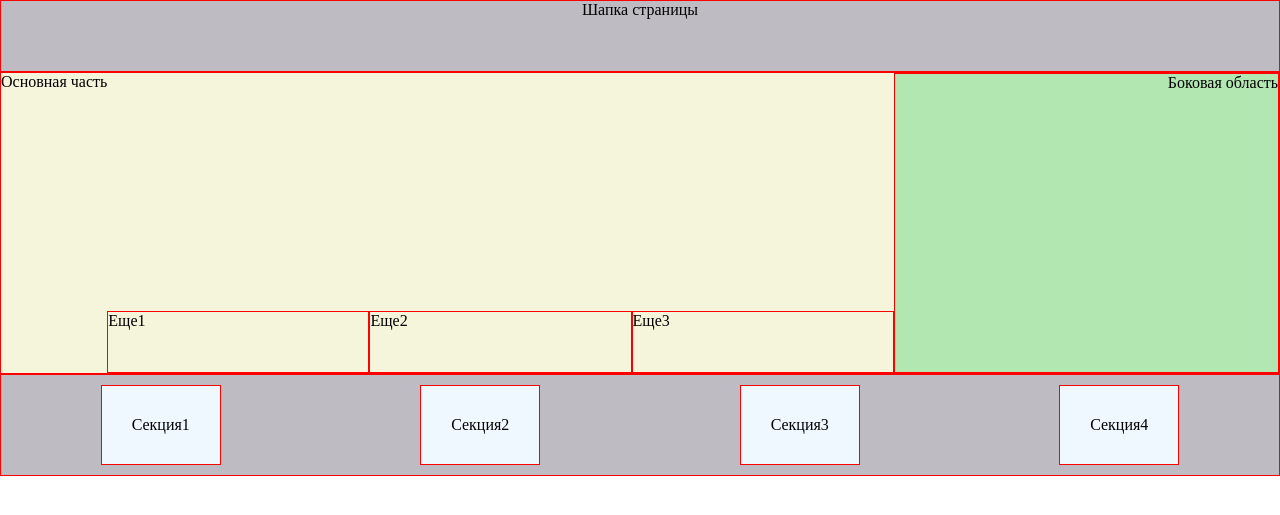
Repository: IrinaGetmanenko/week5
Page: week5/index.html
The author's editor kept a copy of each file at every save. The page is drawn from the files as they stood at one save, then again after the next save.
The browser window is 1280 px wide. The pictures show the whole page.

Above is the page before, as saved 2022-08-28 20:00:14.

After the next save:
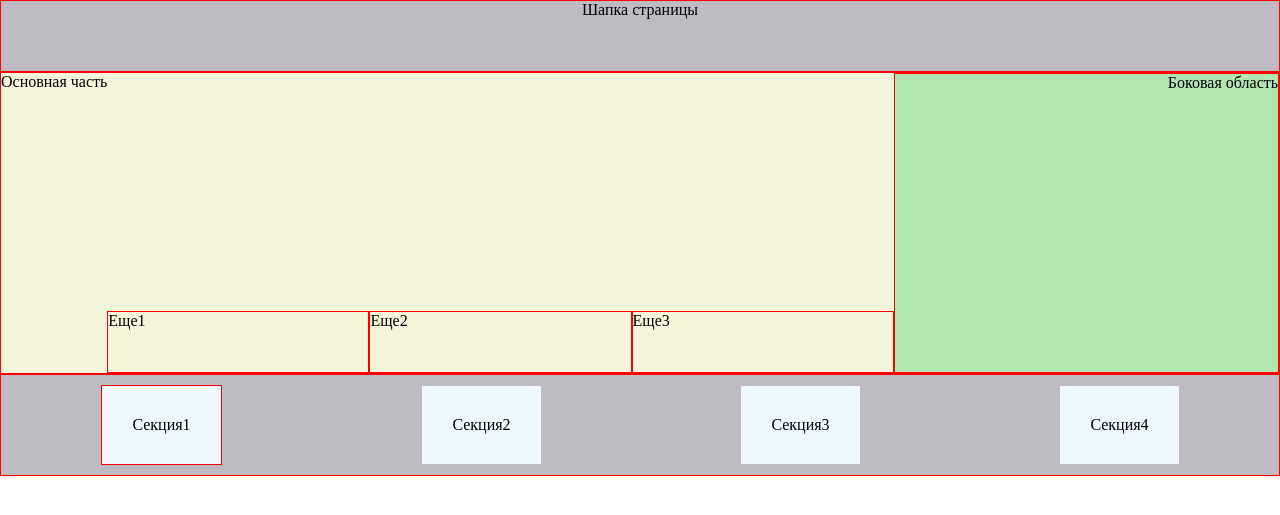
Saved 19 s later.
--- a/week5/index.html
+++ b/week5/index.html
@@ -78,19 +78,19 @@
 
 }
 .f2{
-    border: 1px solid red;
+
     align-self: center;
     padding: 30px;
     background-color: aliceblue;
 }
 .f3{
-    border: 1px solid red;
+
     align-self: center;
     padding: 30px;
     background-color: aliceblue;
 }
 .f4{
-    border: 1px solid red;
+
     align-self: center;
     padding: 30px;
     background-color: aliceblue;
